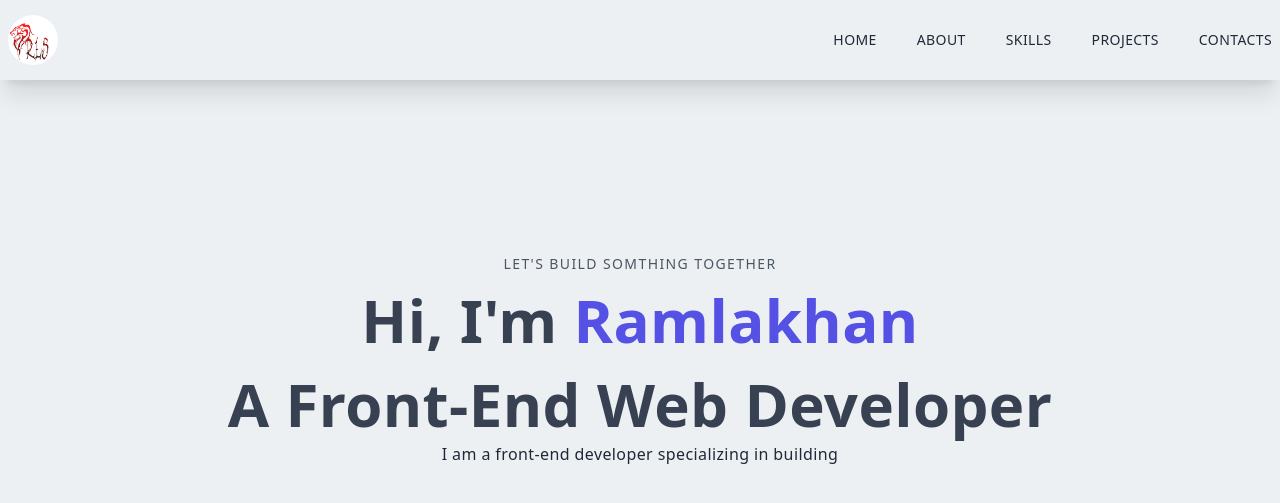
Repository: ram2642/portfolio-using-next-js
Page: /
The author's editor kept a copy of each file at every save. The page is drawn from the files as they stood at one save, then again after the next save.
The browser window is 1280 px wide. The pictures show the whole page.
The project was rebuilt for these pictures with package versions that can differ from the ones it lists, and the page was loaded fresh each time. The framework's server and built-in components were replaced by stand-ins that run in the browser. Also part of the build but not shown: next.config.js.

Above is the page before, as saved 2022-09-04 01:54:56.

After the next save:
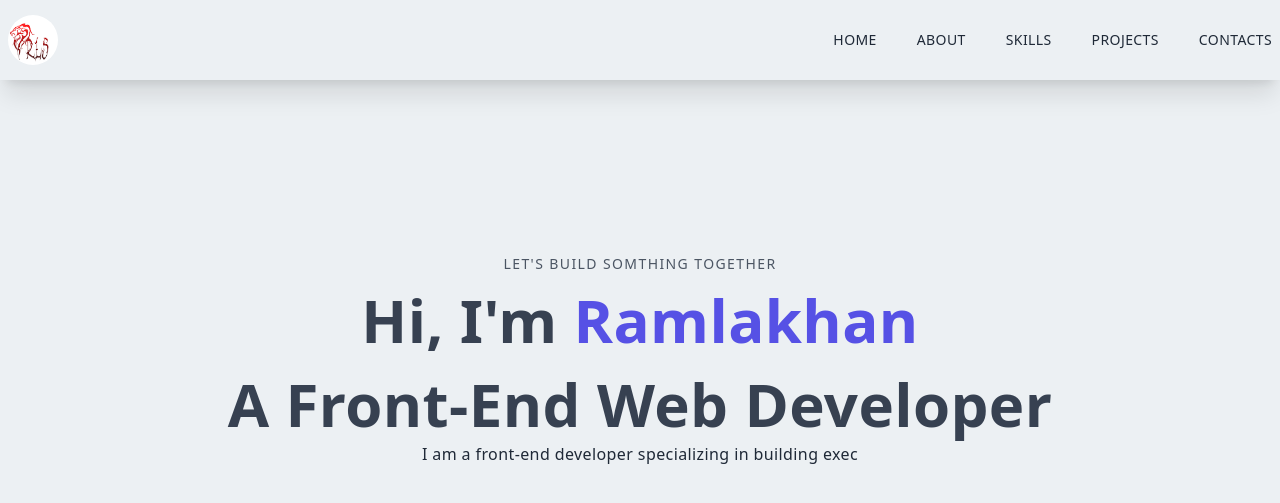
Saved 5 s later.
--- a/components/Main.jsx
+++ b/components/Main.jsx
@@ -13,7 +13,7 @@ const Main = () => {
         A Front-End Web Developer
       </h1>
       <p>
-        I am a front-end developer specializing in building
+        I am a front-end developer specializing in building exec
       </p>
     </div>
 
